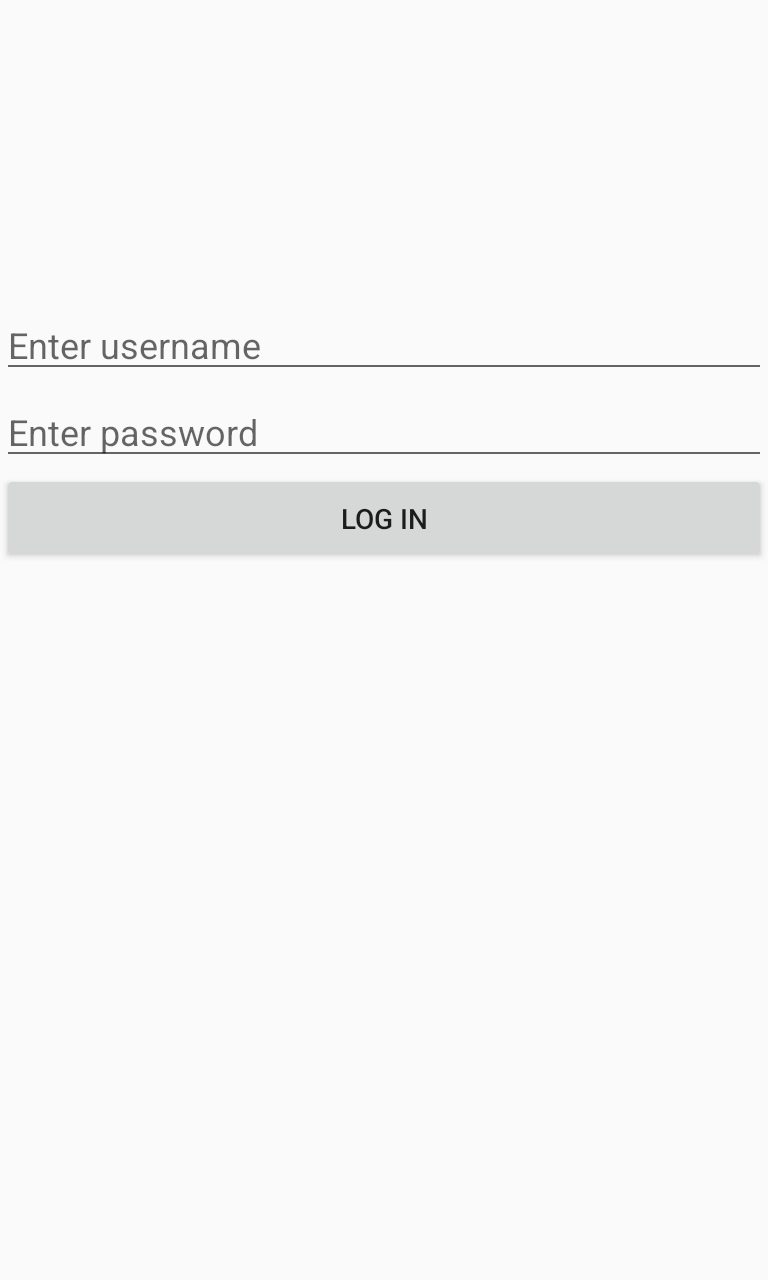
Repository: alexWr/app-rest
Layout: GitHubapp/res/layout/activity_main.xml
An editor plug-in stored every save of this project. The layout is shown before and after the next save, followed by the edit.
It is drawn on a 768 x 1280 px phone screen (xhdpi) without system bars, with theme AppTheme; the app's code is not run.

Above is the layout before, as saved 2014-10-21 13:26:35.

After the next save:
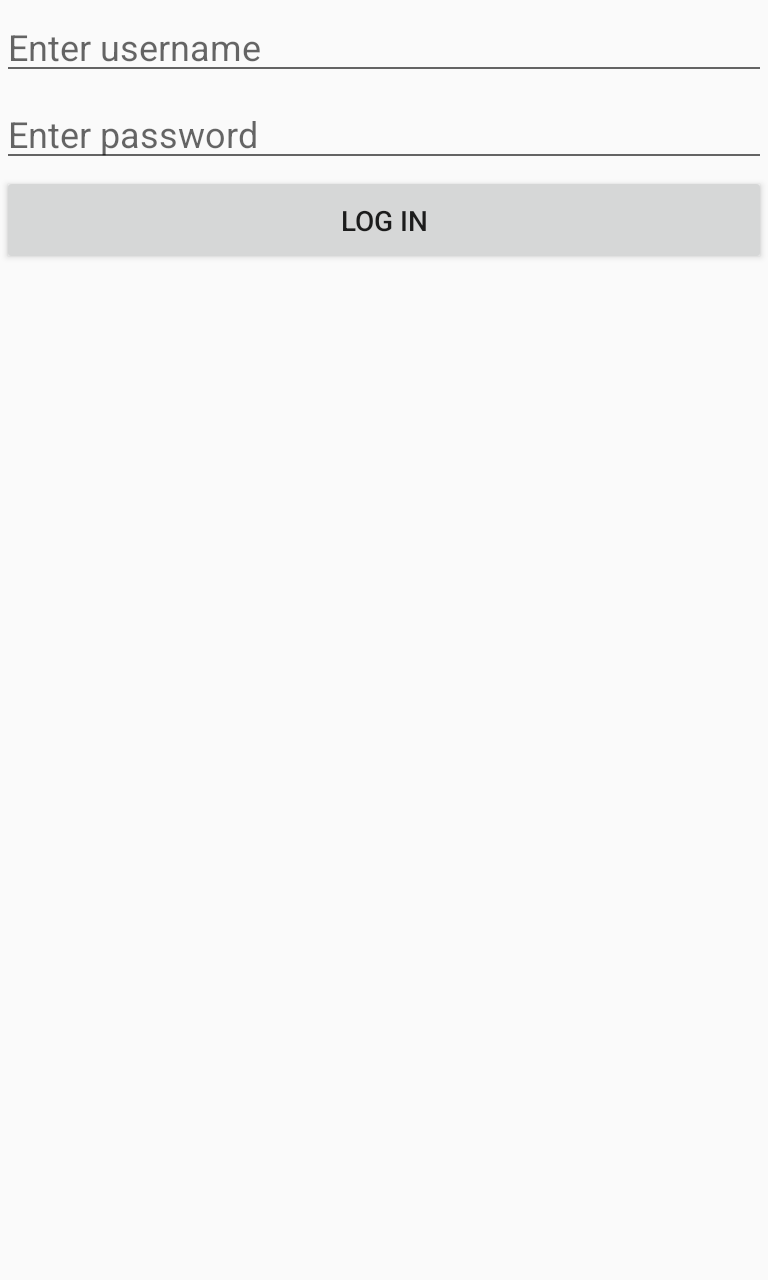
Saved 13 min 51 s later.
--- a/GitHubapp/res/layout/activity_main.xml
+++ b/GitHubapp/res/layout/activity_main.xml
@@ -7,7 +7,7 @@
 	    android:id="@+id/etLogin"
 	    android:layout_width="match_parent"
 	    android:layout_height="wrap_content"
-	    android:layout_marginTop="150dp"
+	    android:layout_marginTop="1dp"
 	    android:hint="Enter username" >
 	</EditText>
 	<EditText
